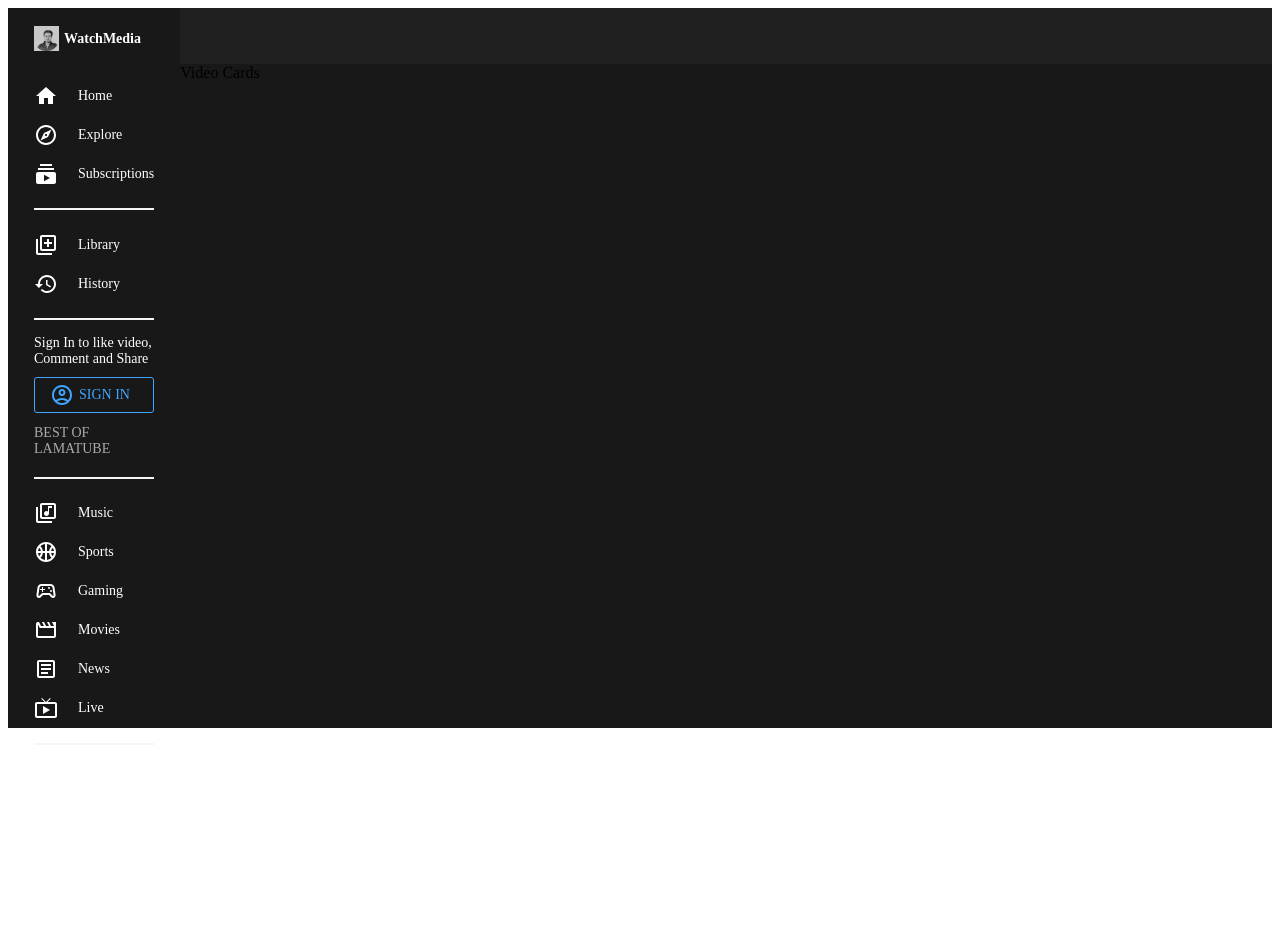
Repository: inzamamahmad3/final-year-project-skeleton
Page: /video/test
The author's editor kept a copy of each file at every save. The page is drawn from the files as they stood at one save, then again after the next save.
The browser window is 1280 px wide. The pictures show the whole page.
The project was rebuilt for these pictures with package versions that can differ from the ones it lists, and the page was loaded fresh each time.

Above is the page before, as saved 2023-07-18 11:37:11.

After the next save:
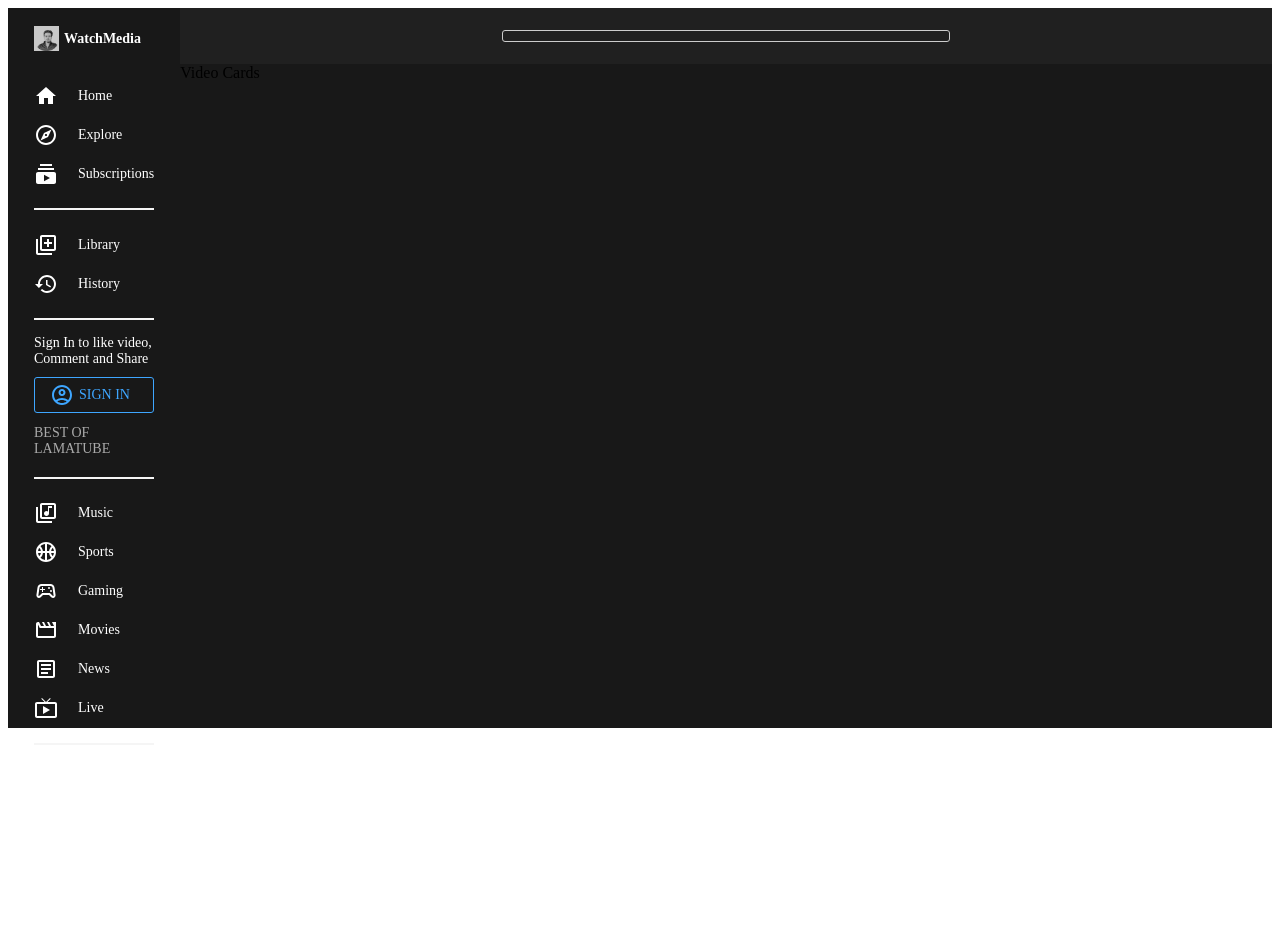
Saved 13 s later.
--- a/src/components/Navbar.jsx
+++ b/src/components/Navbar.jsx
@@ -54,7 +54,9 @@ const Button = styled.div`
 const Navbar = () => {
   return (
     <Container>
-      <Wrapper></Wrapper>
+      <Wrapper>
+        <Search></Search>
+      </Wrapper>
     </Container>
   );
 };
